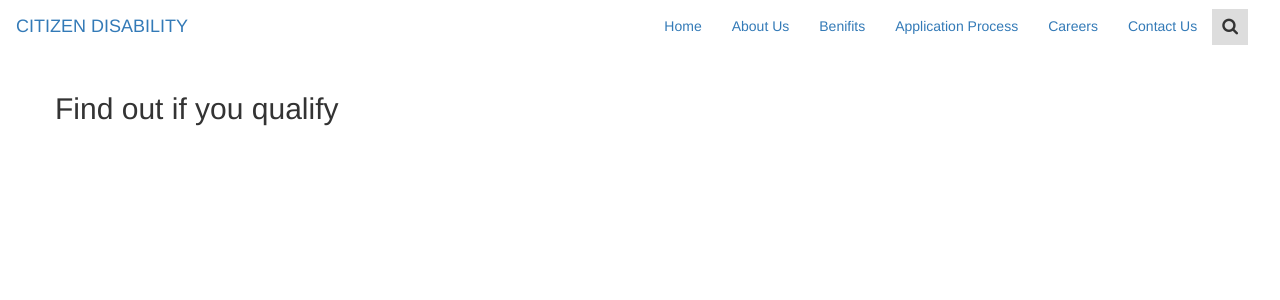
Repository: welcome0605/Embed-html-integrate-with-API
Page: Home2.html
The author's editor kept a copy of each file at every save. The page is drawn from the files as they stood at one save, then again after the next save.
The browser window is 1280 px wide. The pictures show the whole page.

Above is the page before, as saved 2019-04-29 15:07:19.

### Home2.html
<!DOCTYPE html>
<html lang="en">
<head>
  <title>CITIZEN DISABILITY</title>
  <meta charset="utf-8">
  <meta name="viewport" content="width=device-width, initial-scale=1">
  <link rel="stylesheet" href="https://maxcdn.bootstrapcdn.com/bootstrap/3.4.0/css/bootstrap.min.css">
  <script src="https://ajax.googleapis.com/ajax/libs/jquery/3.3.1/jquery.min.js"></script>
  <script src="https://maxcdn.bootstrapcdn.com/bootstrap/3.4.0/js/bootstrap.min.js"></script>
  <link rel = "stylesheet" type = "text/css" href = "./css/base2.css" />
  <link rel="stylesheet" href="https://cdnjs.cloudflare.com/ajax/libs/font-awesome/4.7.0/css/font-awesome.min.css">
  <script src="https://ajax.googleapis.com/ajax/libs/jquery/3.3.1/jquery.min.js"></script>
  <script type="text/javascript">

  </script>

</head>
<body>

<nav class="navbar navbar-info">
  <div class="container-fluid">
    <div class="navbar-header">
      <a class="navbar-brand" href="Home.html">CITIZEN DISABILITY</a>
    </div>
    <ul class="nav navbar-nav div_right">
      <li class="active"><a href="Home.html">Home</a></li>
      <li><a href="About Us.html">About Us</a></li>
      <li><a href="Benifits.html">Benifits</a></li>
      <li><a href="Application Process.html">Application Process</a></li>
      <li><a href="Careers.html">Careers</a></li>
      <li><a href="Contact Us.html">Contact Us</a></li>
      <!-- <input type="text" placeholder="Search.." name="search"> -->
      <button type="button"><i class="fa fa-search"></i></button>
    </ul>
  </div>
</nav>

<div class="container">
  <!-- <h3>Basic Navbar Example1</h3>
  <p>A navigation bar is a navigation header that is placed at the top of the page.</p> -->
  <form method="POST">
    <!-- <div class="div_entire"> -->
      <div class="row"><h2 class="title">Find out if you qualify</h2></div>

      <div class="row second_input" >

      </div>




      <!-- <input type="submit" value="Submit"> -->
    <!-- </div> -->
  </form>
</div>

</body>
</html>

### css/base2.css
/* body {
    font-family: 'Open Sans', sans-serif !important;
} */

navbar-default .navbar-nav>.active>a, .navbar-default .navbar-nav>.active>a:focus, .navbar-default .navbar-nav>.active>a:hover {
    background-color: #005197 !important;
    color: white;
}

.navbar-default .navbar-nav>li>a {
    color: black;
    font-size: 20px;
}

.div_right input[type=text] {
    padding: 6px;
    margin-top: 8px;
    font-size: 17px;
    border: none;
}

.div_right button {
    float: right;
    padding: 6px 10px;
    margin-top: 8px;
    margin-right: 16px;
    background: #ddd;
    font-size: 17px;
    border: none;
    cursor: pointer;
}

.div_right {
    float: right;
}

.radio_buttons {
    /* display: inline-flex; */
    margin-bottom:30px;
}

.div_label {
    font-size: 20px;
    /* margin-right: 500px; */
}

After the next save:
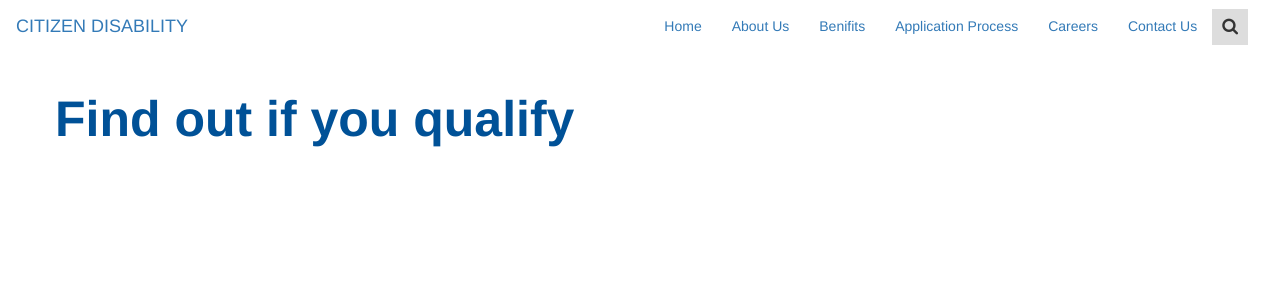
Saved 18 s later.
--- a/css/base2.css
+++ b/css/base2.css
@@ -43,3 +43,10 @@ navbar-default .navbar-nav>.active>a, .navbar-default .navbar-nav>.active>a:focu
     font-size: 20px;
     /* margin-right: 500px; */
 }
+
+.title {
+    color: #005197;
+    font-weight: 700;
+    margin-bottom: 50px;
+    font-size: 50px;
+}
